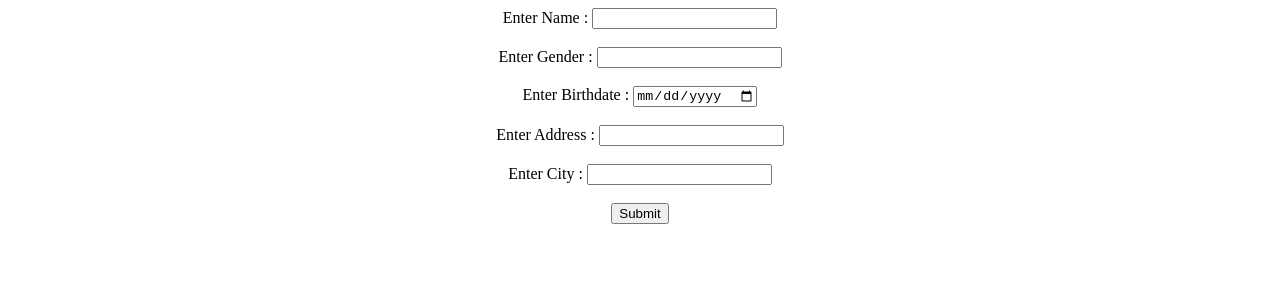
Repository: Vishalrathod8788/JEE
Page: Connectivity_demo/WebContent/index.html
An editor plug-in stored every save of this project. The page is shown before and after the next save, followed by the edit.
The browser window is 1280 px wide. The pictures show the whole page.

Above is the page before, as saved 2023-09-30 11:27:21.

### Connectivity_demo/WebContent/index.html
<!DOCTYPE html>
<html>
<head>
<meta charset="ISO-8859-1">
<title>Insert title here</title>
</head>
<body>
	<form action="Insert_demo" method="post" style="text-align: center;">
		Enter Name :
		<input type="text" name="txtName" requeired /><br /><br />
		Enter Gender :
		<input type="text" name="txtGender" requeired /><br /><br />
		Enter Birthdate :
		<input type="date" name="txtBdate" requeired /><br /><br />
		Enter Address :
		<input type="text" name="txtAdd" requeired /><br /><br />
		Enter City :
		<input type="text" name="txtCity" requeired /><br /><br />
		<input type="submit" value="Submit" />
	</form>
</body>
</html>

After the next save:
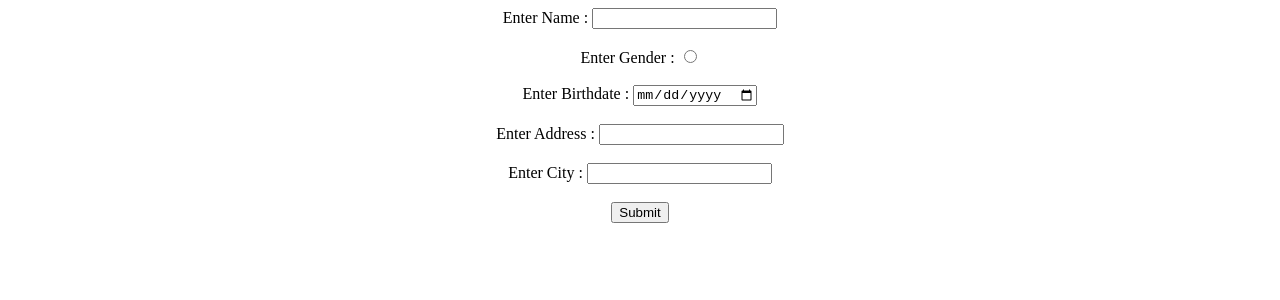
Saved 12 s later.
--- a/Connectivity_demo/WebContent/index.html
+++ b/Connectivity_demo/WebContent/index.html
@@ -9,7 +9,7 @@
 		Enter Name :
 		<input type="text" name="txtName" requeired /><br /><br />
 		Enter Gender :
-		<input type="text" name="txtGender" requeired /><br /><br />
+		<input type="radio" name="txtGender" requeired /><br /><br />
 		Enter Birthdate :
 		<input type="date" name="txtBdate" requeired /><br /><br />
 		Enter Address :
